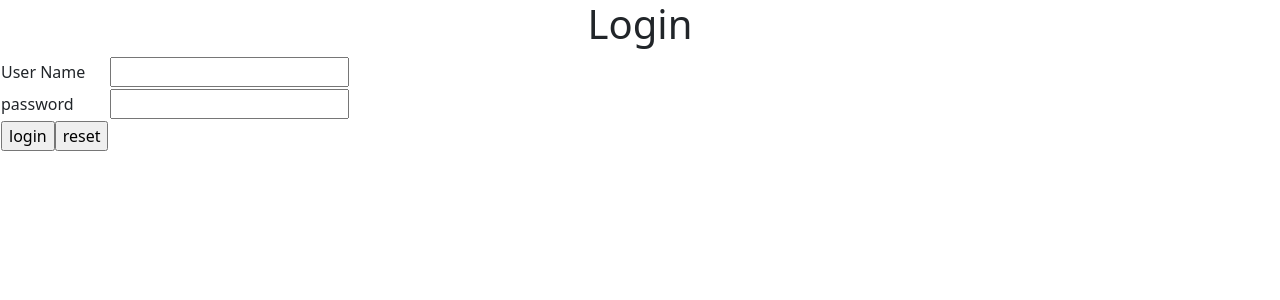
Repository: manmadharaomaruvada/servlets
Page: RequestDispatcherDemo/src/main/webapp/login.html
The author's editor kept a copy of each file at every save. The page is drawn from the files as they stood at one save, then again after the next save.
The browser window is 1280 px wide. The pictures show the whole page.

Above is the page before, as saved 2022-10-17 10:25:58.

### RequestDispatcherDemo/src/main/webapp/login.html
<!DOCTYPE html>
<html>
<head>
<meta charset="ISO-8859-1">
<!-- CSS only -->
<link
	href="https://cdn.jsdelivr.net/npm/bootstrap@5.2.2/dist/css/bootstrap.min.css"
	rel="stylesheet"
	integrity="sha384-Zenh87qX5JnK2Jl0vWa8Ck2rdkQ2Bzep5IDxbcnCeuOxjzrPF/et3URy9Bv1WTRi"
	crossorigin="anonymous">
<title>MyLoginApplication</title>
</head>
<body>
	<center>
		<h1>Login</h1>
	</center>
	<form action="./Login" method="post">
		<table>
			<tr>
				<td>User Name</td>
				<td><input type="text" name="uname" class='form-contlo'/></td>
			</tr>
			<tr>
				<td>password</td>
				<td><input type="password" name="pwd" class='form-contlo'/></td>
			</tr>
			<tr>
			<td><input type="submit" value="login"/><input type="submit" value="reset"/></td>
			</tr>
		</table>
	</form>
</body>
</html>

After the next save:
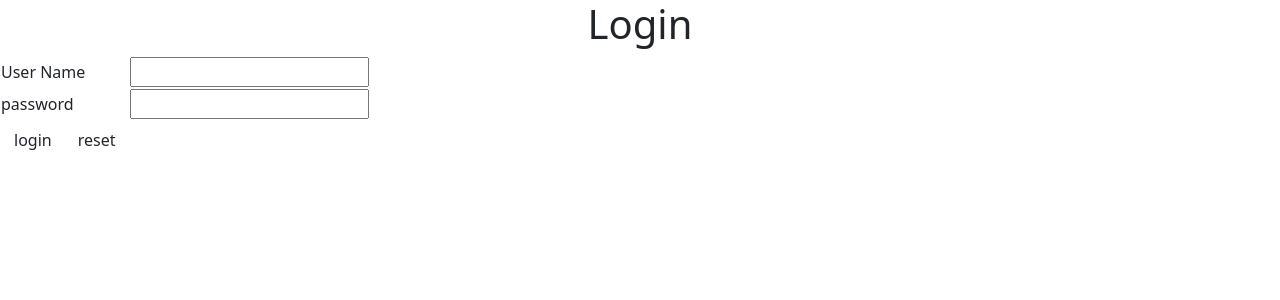
Saved 57 s later.
--- a/RequestDispatcherDemo/src/main/webapp/login.html
+++ b/RequestDispatcherDemo/src/main/webapp/login.html
@@ -25,7 +25,7 @@
 				<td><input type="password" name="pwd" class='form-contlo'/></td>
 			</tr>
 			<tr>
-			<td><input type="submit" value="login"/><input type="submit" value="reset"/></td>
+			<td><input type="submit" value="login" class="btn btn primary"/><input type="submit" value="reset" class="btn btn danger"/></td>
 			</tr>
 		</table>
 	</form>
